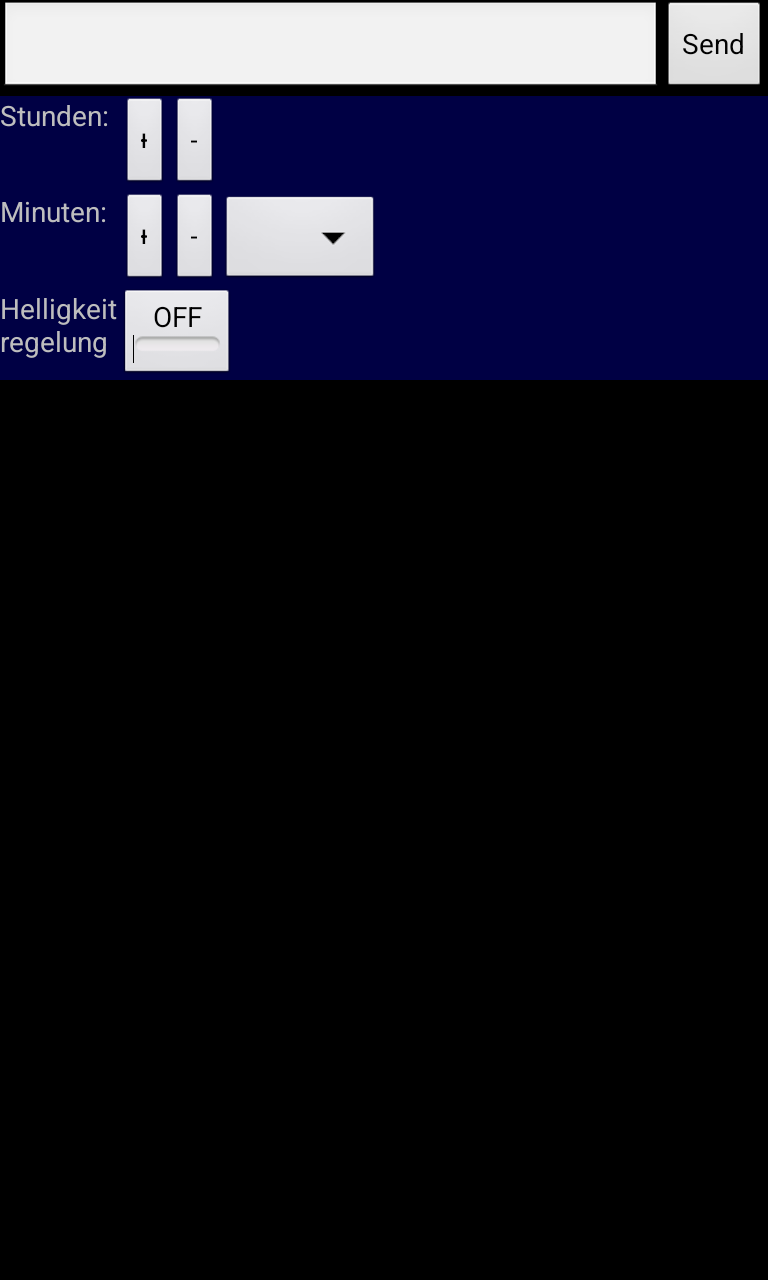
Repository: alexbrickwedde/floodping
Layout: WordClockRemote/res/layout/main.xml
These files come from the project's save history. The layout is drawn as it stood at one moment and after a run of saves; the edit follows.
It is drawn on a 768 x 1280 px phone screen (xhdpi) without system bars, with theme android:Theme; the app's code is not run. Lists and similar views that code fills are empty.

Above is the layout before, as saved 2010-12-19 12:38:38.

After the next 2 saves:
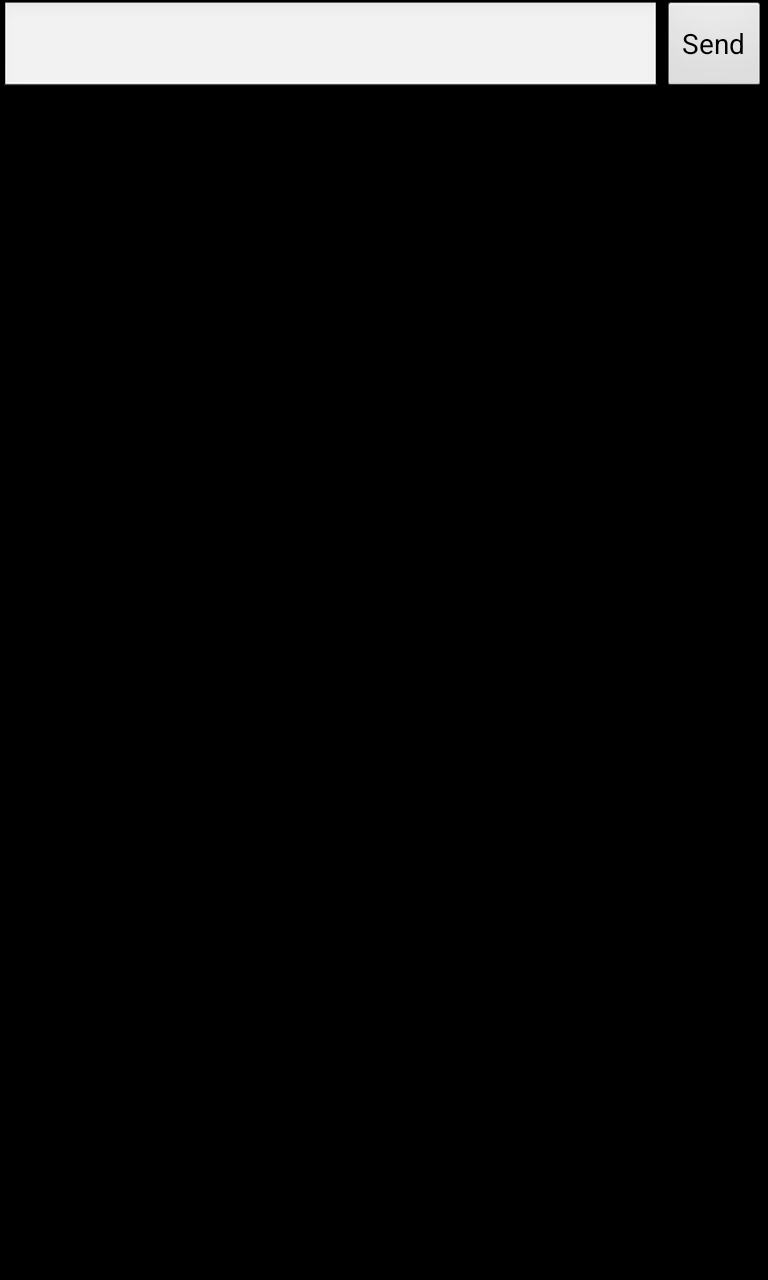
The 2 saves are shown as one change because 1 did not build or start.
The last was saved 16 min 44 s later.
--- a/WordClockRemote/res/layout/main.xml
+++ b/WordClockRemote/res/layout/main.xml
@@ -21,14 +21,16 @@
     android:eventsInterceptionEnabled="true"
     android:orientation="vertical">
 
-<ScrollView android:id="@+id/widget54" android:layout_width="fill_parent"
-	android:layout_height="fill_parent" xmlns:android="http://schemas.android.com/apk/res/android">
 	<LinearLayout android:orientation="vertical"
 		android:layout_width="match_parent" android:layout_height="wrap_content"><LinearLayout android:orientation="horizontal" android:layout_width="match_parent" android:layout_height="wrap_content">
 			<EditText android:id="@+id/edit_text_out" android:layout_width="wrap_content" android:layout_height="wrap_content" android:layout_weight="1" android:layout_gravity="bottom" />
 			<Button android:id="@+id/button_send" android:layout_width="wrap_content" android:layout_height="wrap_content" android:text="@string/send" />
 		</LinearLayout>
-		<TableLayout xmlns:android="http://schemas.android.com/apk/res/android"
+	</LinearLayout>
+
+<ScrollView android:id="@+id/widget54" android:layout_width="fill_parent"
+	android:layout_height="fill_parent" xmlns:android="http://schemas.android.com/apk/res/android">
+		<!--  TableLayout xmlns:android="http://schemas.android.com/apk/res/android"
 			android:layout_height="fill_parent" android:layout_width="fill_parent"
 			android:background="#000044">
 			<TableRow>
@@ -57,14 +59,6 @@
 					<Button android:id="@+id/ButtonMM" android:layout_width="wrap_content"
 						android:layout_height="wrap_content" android:text="-"
 						android:width="50px"></Button>
-						 <Spinner
-        android:id="@+id/Spinner01"
-        android:layout_height="wrap_content"
-        android:layout_width="fill_parent"
-        android:drawSelectorOnTop = "true"
-        android:prompt = "@string/app_name">
-    </Spinner>
-
 				</LinearLayout>
 			</TableRow>
 
@@ -76,8 +70,7 @@
 						android:layout_height="wrap_content"></ToggleButton>
 				</LinearLayout>
 			</TableRow>
-		</TableLayout>
+		</TableLayout -->
 		<ListView android:id="@+id/in" android:layout_width="match_parent" android:transcriptMode="alwaysScroll" android:layout_weight="1" android:layout_height="wrap_content" android:stackFromBottom="false" android:dividerHeight="0px"/>
-	</LinearLayout>
 </ScrollView>
 </android.gesture.GestureOverlayView>
